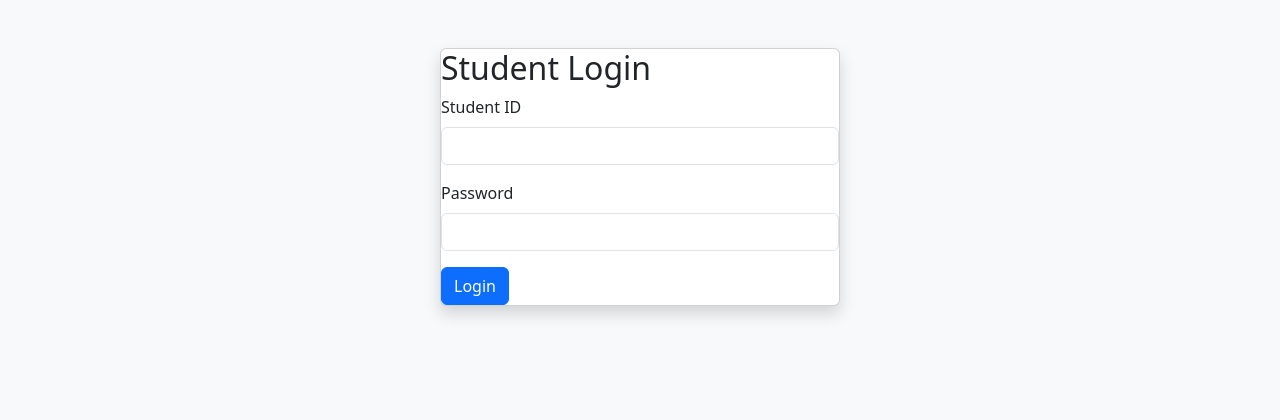
Repository: BorudePiyush/StudentMANAGEMENTSystem-using-java
Page: http://localhost/Student_management_systems/StudentLogin.jsp
The author's editor kept a copy of each file at every save. The page is drawn from the files as they stood at one save, then again after the next save.
The browser window is 1280 px wide. The pictures show the whole page.
The page is served by Tomcat 10. Other server files are loaded and not shown.

Above is the page before, as saved 2025-06-09 09:55:00.

### Student management systems/src/main/webapp/StudentLogin.jsp
<%@ page language="java" contentType="text/html; charset=ISO-8859-1"
    pageEncoding="ISO-8859-1"%>
<!DOCTYPE html>
<html lang="en">
<head>
<meta charset="ISO-8859-1">
<title>Student Login</title>
<link href="https://cdn.jsdelivr.net/npm/bootstrap@5.3.2/dist/css/bootstrap.min.css" rel="stylesheet">
</head>
<body class="bg-light">

  <div class="container mt-5">
        <div class="card mx-auto shadow" style="max-width: 400px;">
            <h2>Student Login</h2>
    <% if (request.getParameter("error") != null) { %>
        <div class="alert alert-danger"><%= request.getParameter("error") %></div>
    <% } %>
    <form action="StudentLogin" method="post">
        <div class="mb-3">
            <label for="studentId" class="form-label">Student ID</label>
            <input type="text" name="studentId" class="form-control" required />
        </div>
        <div class="mb-3">
            <label for="password" class="form-label">Password</label>
            <input type="password" name="password" class="form-control" required />
        </div>
        <button type="submit" class="btn btn-primary">Login</button>
    </form>
</div>
</body>
</html>

After the next save:
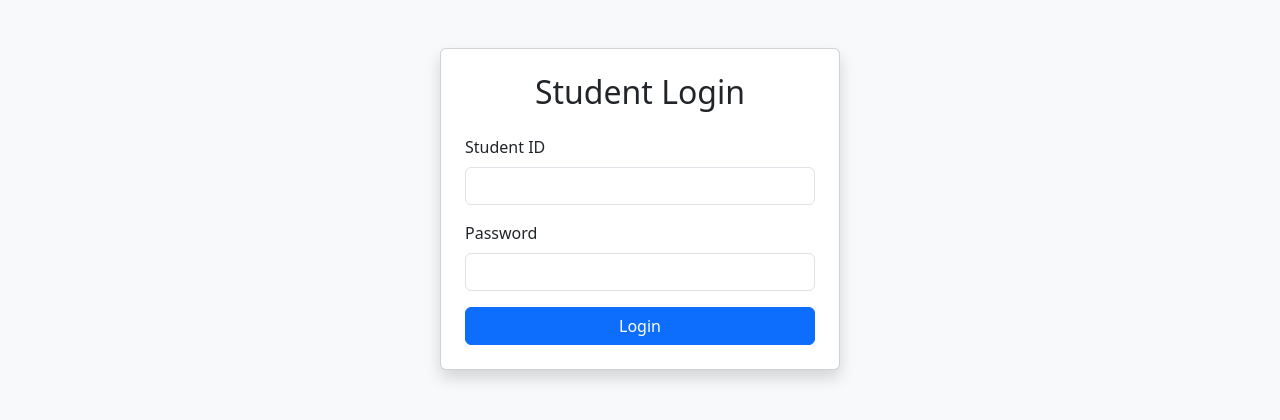
Saved 2 min 32 s later.
--- a/Student management systems/src/main/webapp/StudentLogin.jsp
+++ b/Student management systems/src/main/webapp/StudentLogin.jsp
@@ -9,23 +9,29 @@
 </head>
 <body class="bg-light">
 
-  <div class="container mt-5">
-        <div class="card mx-auto shadow" style="max-width: 400px;">
-            <h2>Student Login</h2>
-    <% if (request.getParameter("error") != null) { %>
-        <div class="alert alert-danger"><%= request.getParameter("error") %></div>
-    <% } %>
-    <form action="StudentLogin" method="post">
-        <div class="mb-3">
-            <label for="studentId" class="form-label">Student ID</label>
-            <input type="text" name="studentId" class="form-control" required />
-        </div>
-        <div class="mb-3">
-            <label for="password" class="form-label">Password</label>
-            <input type="password" name="password" class="form-control" required />
-        </div>
-        <button type="submit" class="btn btn-primary">Login</button>
-    </form>
+<div class="container mt-5">
+    <div class="card mx-auto shadow p-4" style="max-width: 400px;">
+        <h2 class="text-center mb-4">Student Login</h2>
+
+        <% if (request.getParameter("error") != null) { %>
+            <div class="alert alert-danger">
+                <%= request.getParameter("error") %>
+            </div>
+        <% } %>
+
+        <form action="StudentLogin" method="post">
+            <div class="mb-3">
+                <label for="studentId" class="form-label">Student ID</label>
+                <input type="text" name="studentId" class="form-control" required />
+            </div>
+            <div class="mb-3">
+                <label for="password" class="form-label">Password</label>
+                <input type="password" name="password" class="form-control" required />
+            </div>
+            <button type="submit" class="btn btn-primary w-100">Login</button>
+        </form>
+    </div>
 </div>
+
 </body>
 </html>
